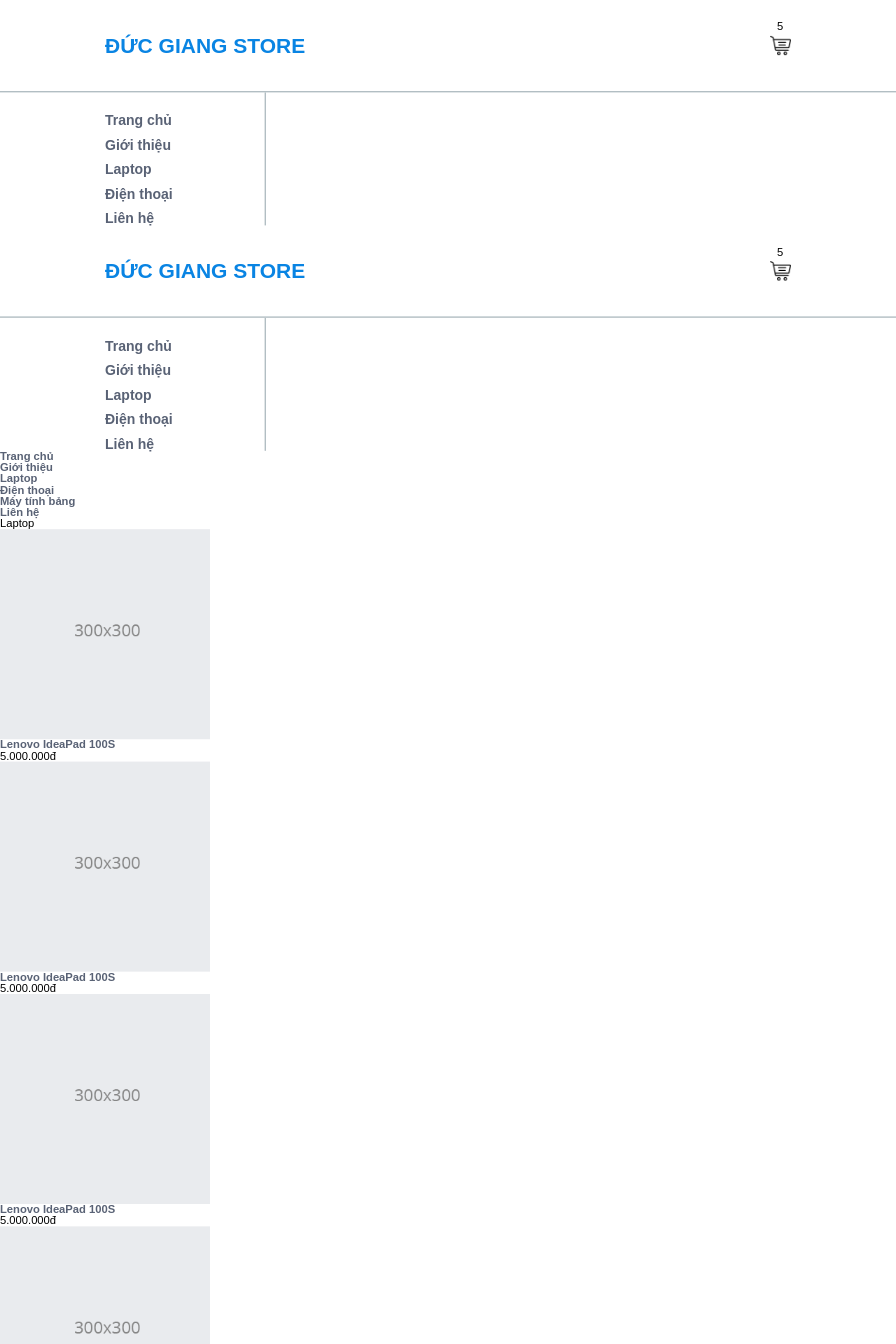
Repository: Giangattt123/PHP
Page: http://localhost/?page=home
An editor plug-in stored every save of this project. The page is shown before and after the next save, followed by the edit.
The browser window is 1280 px wide. The pictures show the part of the page from y = 0 to 1920 px (the page is 8756 px tall before and 8772 px after), at 70% of full size.
Some web libraries are served in a nearby version. The page is run by PHP 8.4 with error messages shown; the project is at /var/www/html/.

Above is the page before, as saved 2023-03-18 12:22:57.

After the next save:
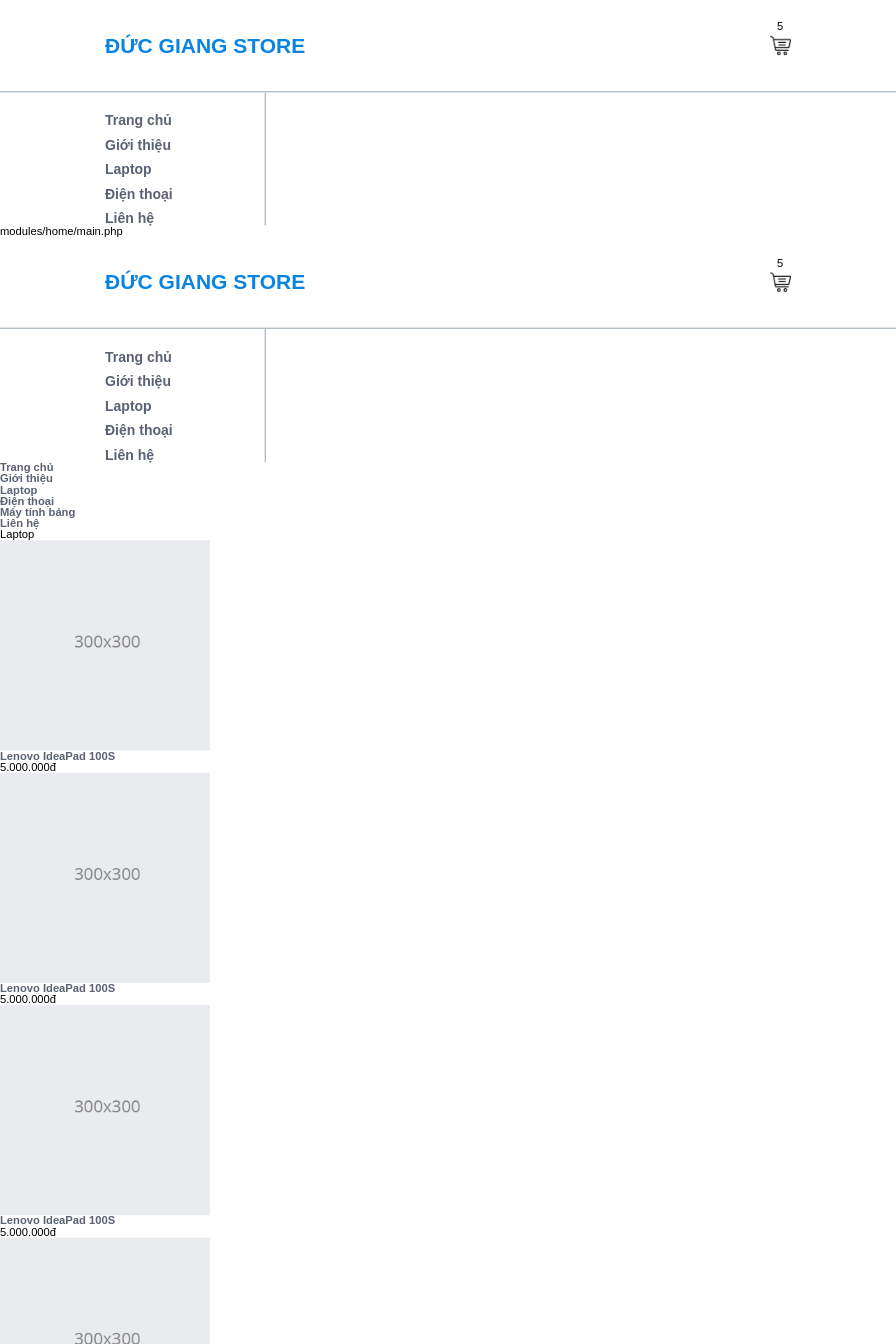
Saved 4 h 54 min later.
--- a/PHP_Shopping-Cart/Shopping_Cart/index.php
+++ b/PHP_Shopping-Cart/Shopping_Cart/index.php
@@ -8,6 +8,7 @@
     $mod = !empty($_GET['mod']) ? $_GET['mod'] : 'home';
     $act = !empty($_GET['act']) ? $_GET['act'] : 'main';
     $path = "modules/{$mod}/{$act}.php";
+    echo $path;
     if(file_exists($path)){
         require $path;
     }else{
